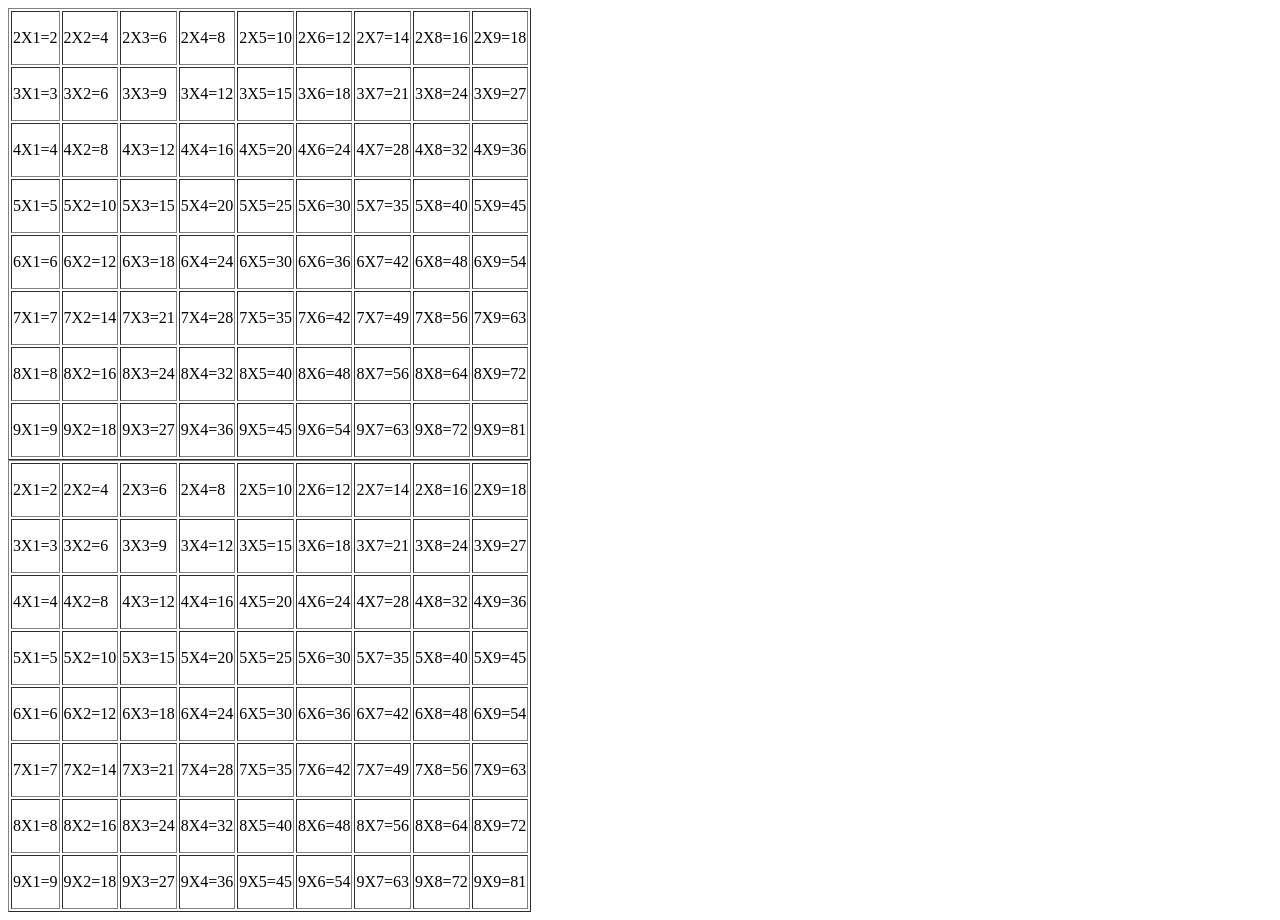
Repository: SanctusAlbino/Jsp_Servlet
Page: http://localhost/03.Tag/01.Script/Ex04For.jsp
An editor plug-in stored every save of this project. The page is shown before and after the next save, followed by the edit.
The browser window is 1280 px wide. The pictures show the whole page.
The page is served by Tomcat 9.

Above is the page before, as saved 2023-05-19 02:30:31.

After the next save:
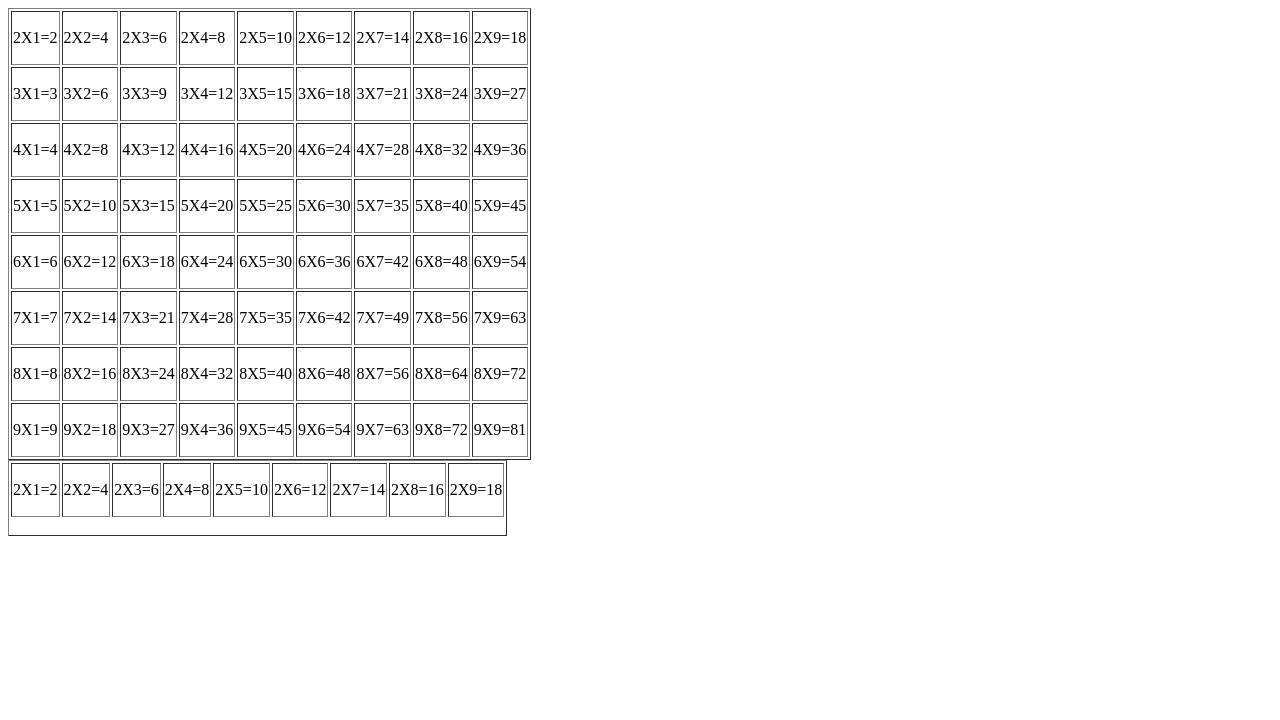
Saved 3 min 13 s later.
--- a/03.Tag/src/main/webapp/01.Script/Ex04For.jsp
+++ b/03.Tag/src/main/webapp/01.Script/Ex04For.jsp
@@ -17,9 +17,16 @@
 	<%}%>
 	</table>
 	<table border="1px solid black">
-		<%for(int i =2; i<10; i++){%>
+		<%for(int i =2; i==2; i++){%>
 		<tr>
 		<% for(int j=1; j<10; j++){%>
+			<td><p><%=i%>X<%=j%>=<%=i*j%></p></td>
+		<% }%>
+		</tr>
+	<%}%>
+	<%for(int i =2; i<10; i++){%>
+		<tr>
+		<% for(int j=1; j==3; j++){%>
 			<td><p><%=i%>X<%=j%>=<%=i*j%></p></td>
 		<% }%>
 		</tr>
